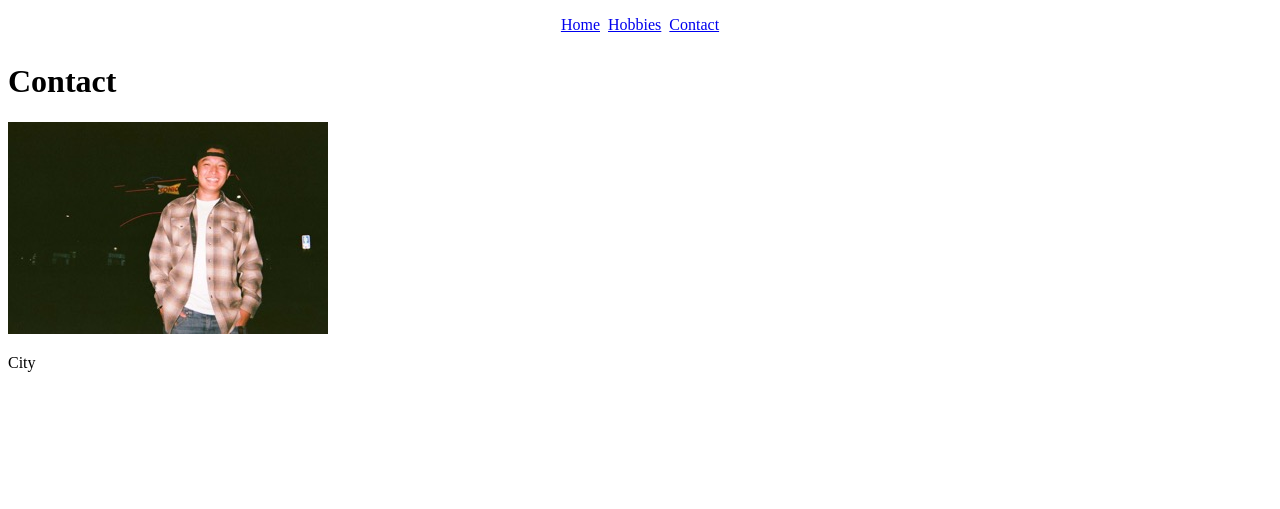
Repository: sebas6292/Jeff-Midterm
Page: contact.html
An editor plug-in stored every save of this project. The page is shown before and after the next save, followed by the edit.
The browser window is 1280 px wide. The pictures show the whole page.

Above is the page before, as saved 2023-04-30 23:02:12.

### contact.html
<!DOCTYPE html>
<html lang="en">
  <head>
    <title>Home</title>
    <meta charset="UTF-8" />
    <meta name="viewport" content="width=device-width" />
    <link rel="stylesheet" href="styles.css" />
  </head>
  <body>
    <nav>
      <a href="/home.html">Home</a>
      <a href="/hobby.html">Hobbies</a>
      <a href="/contact.html">Contact</a>
    </nav>
    <main>
      <h1>Contact</h1>
      <section>
        <div>
            <img src="pics/Swag.jpeg"/>
            <p>City</p>
            <p></p>
            <p></p>
            <p></p>

        </div>
      </section>
    </main>
  </body>
</html>

### styles.css

nav {
  display: flex;
  flex-wrap: wrap;
  align-items: center;
  justify-content: center;
  padding: 0.5rem;
  gap: 0.5rem;

}

.title {
  display: flex;
  justify-content: center;
}

/* hobbies */
.container {
  display: flex;
  flex-wrap: wrap;
  justify-content: center ;
}
.box-container {
  padding: 1rem;
}
.img-hobbies {
  border-radius: 10%;
}

After the next save:
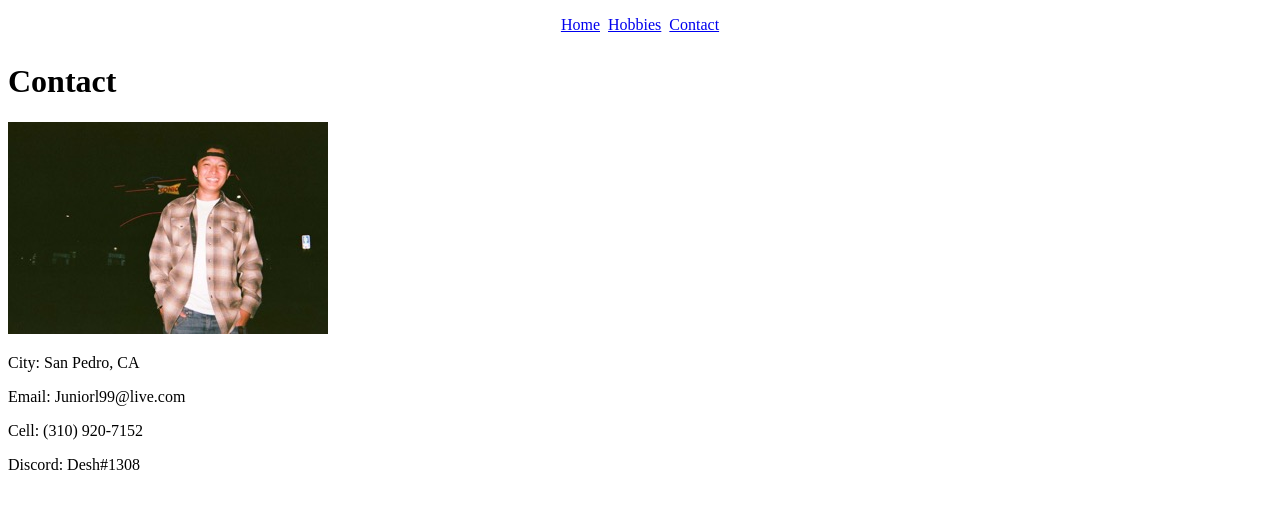
Saved 58 s later.
--- a/contact.html
+++ b/contact.html
@@ -17,11 +17,10 @@
       <section>
         <div>
             <img src="pics/Swag.jpeg"/>
-            <p>City</p>
-            <p></p>
-            <p></p>
-            <p></p>
-
+            <p>City: San Pedro, CA</p>
+            <p>Email: Juniorl99@live.com</p>
+            <p>Cell: (310) 920-7152</p>
+            <p>Discord: Desh#1308</p>
         </div>
       </section>
     </main>
